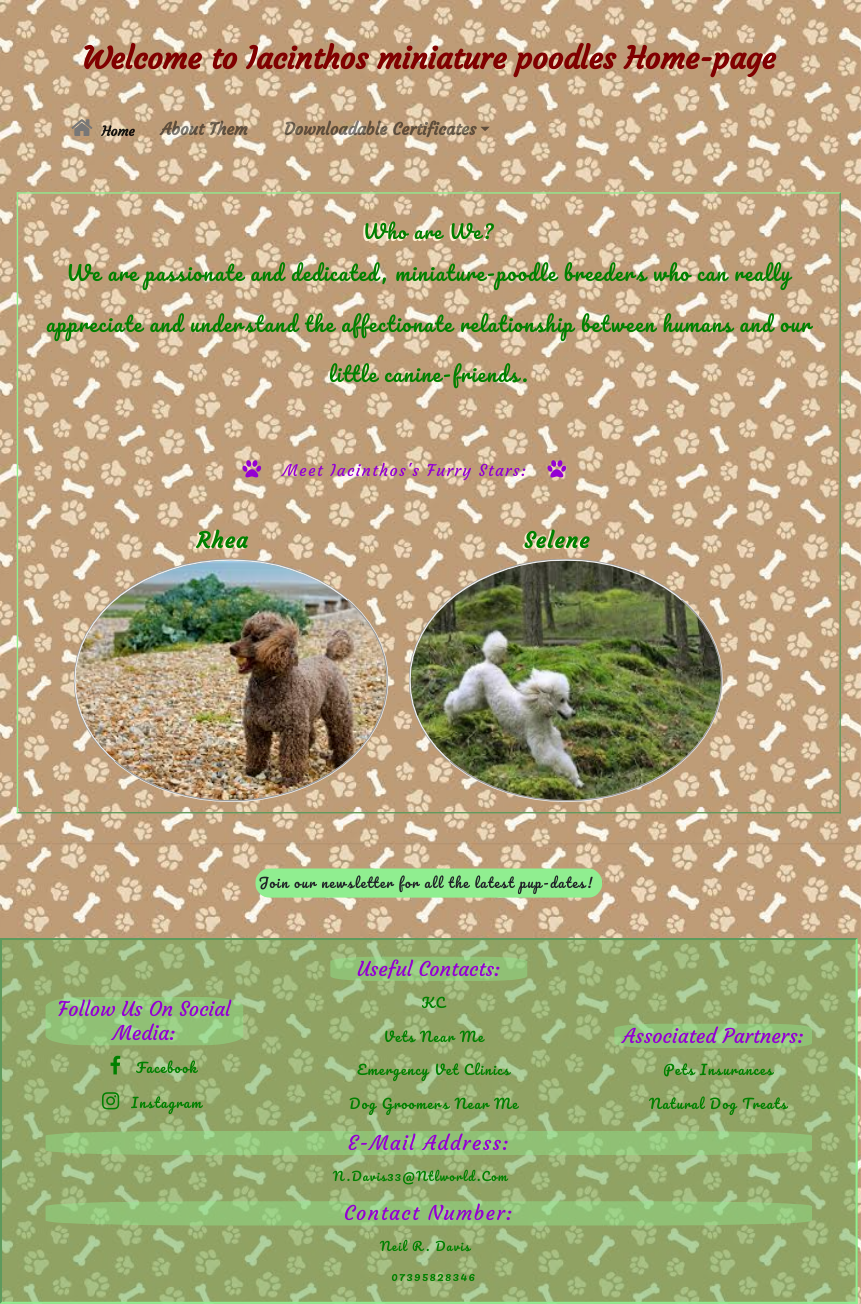
Repository: Code-Institute-Submissions/GeorgiosSklav-Iacinthos-blog
Page: index.html
The author's editor kept a record of every edit. The page is drawn from the files as they stood at one moment, then again after the next edit.
The browser window is 1280 px wide. The page is 1285 px wide, so the pictures cover 1285 px, including what lies to the right of the window. The pictures show the whole page, at 67% of full size.

Above is the page before.

After the next edit:
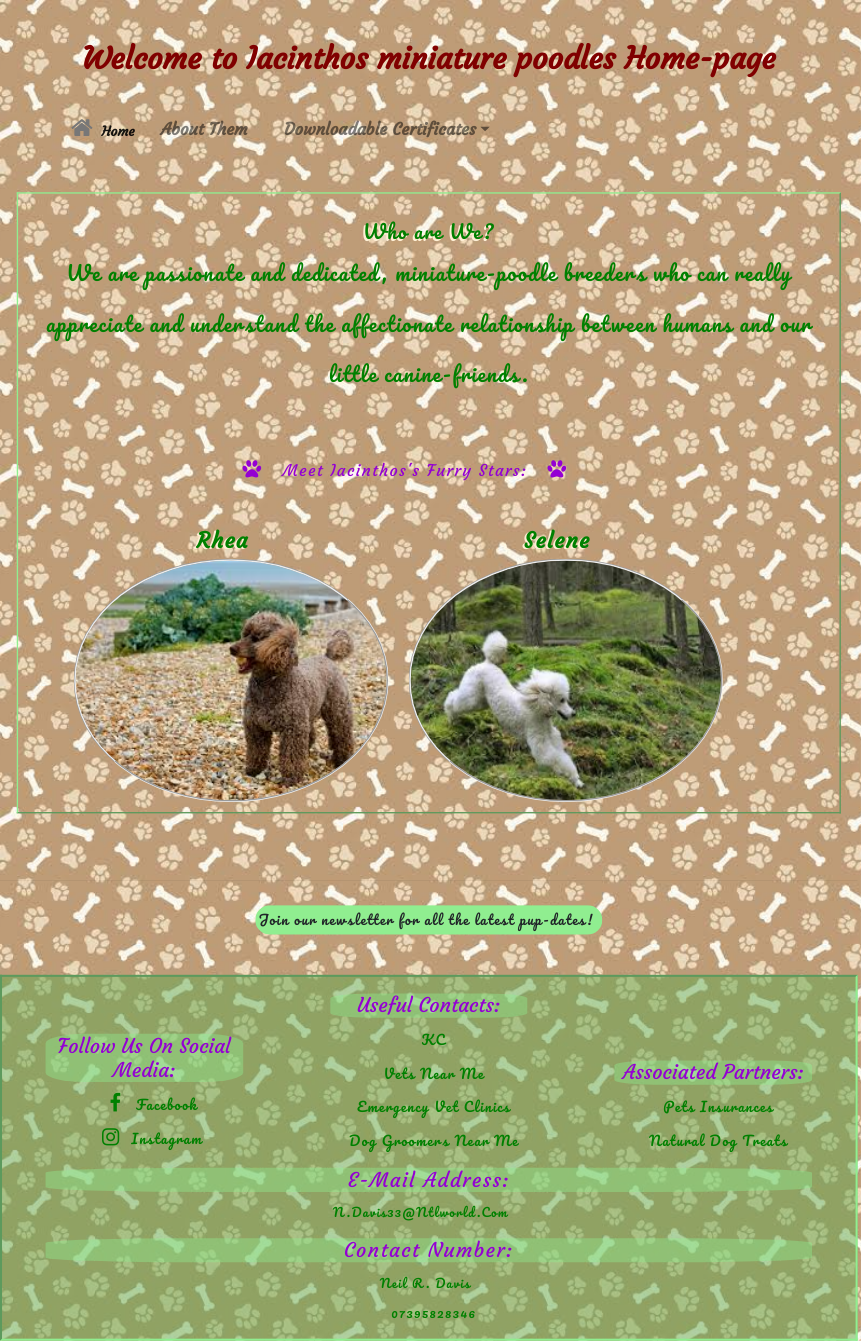
The edit:
--- a/style.css
+++ b/style.css
@@ -184,7 +184,7 @@
     font-size: 25px;
     letter-spacing: 2px;
     margin-top: 45px;
-    margin-bottom: 45px;
+    margin-bottom: 100px;
     padding: 15px;
 
 }
